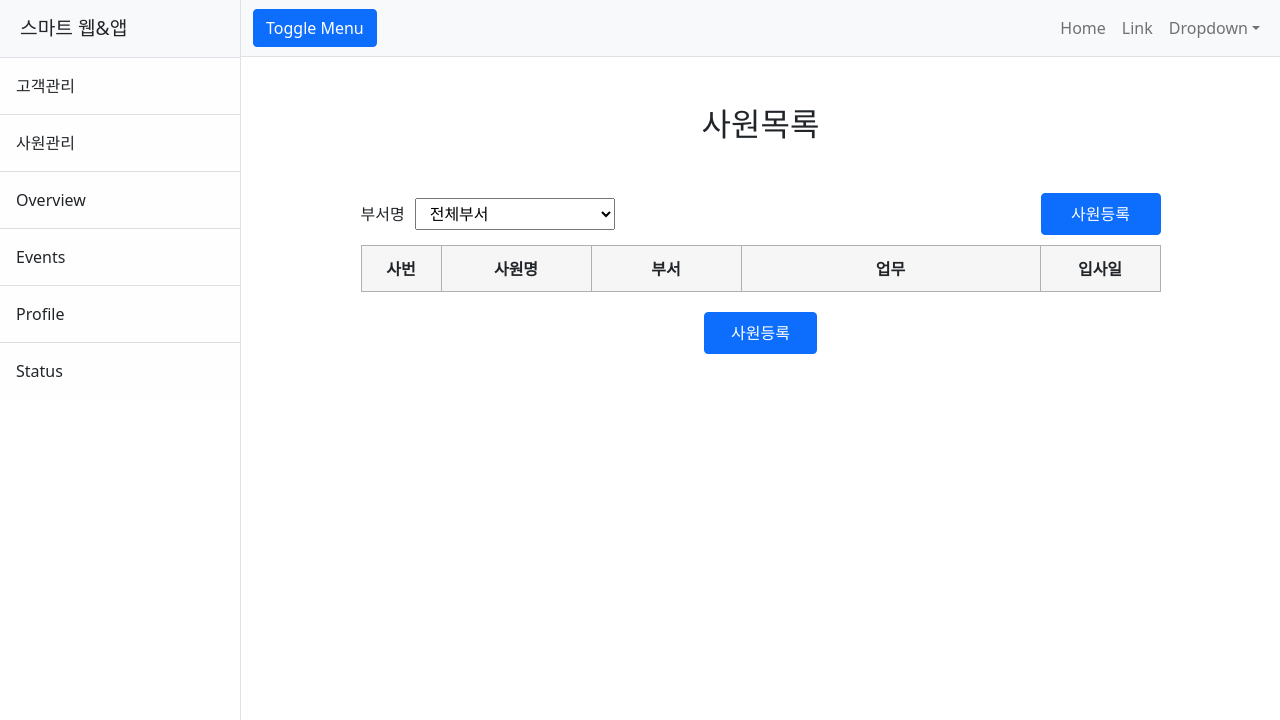
Repository: iwonhee/Study_Servlet
Page: http://localhost/web/employee/list.jsp
These files come from the project's save history. The page is drawn as it stood at one moment and after the next save; the edit follows.
The browser window is 1280 px wide. The pictures show the whole page.
The page is served by Tomcat 9. The template is opened directly, without the code that normally fills it, so the values that code supplies are empty.

Above is the page before, as saved 2022-11-28 08:25:26.

After the next save:
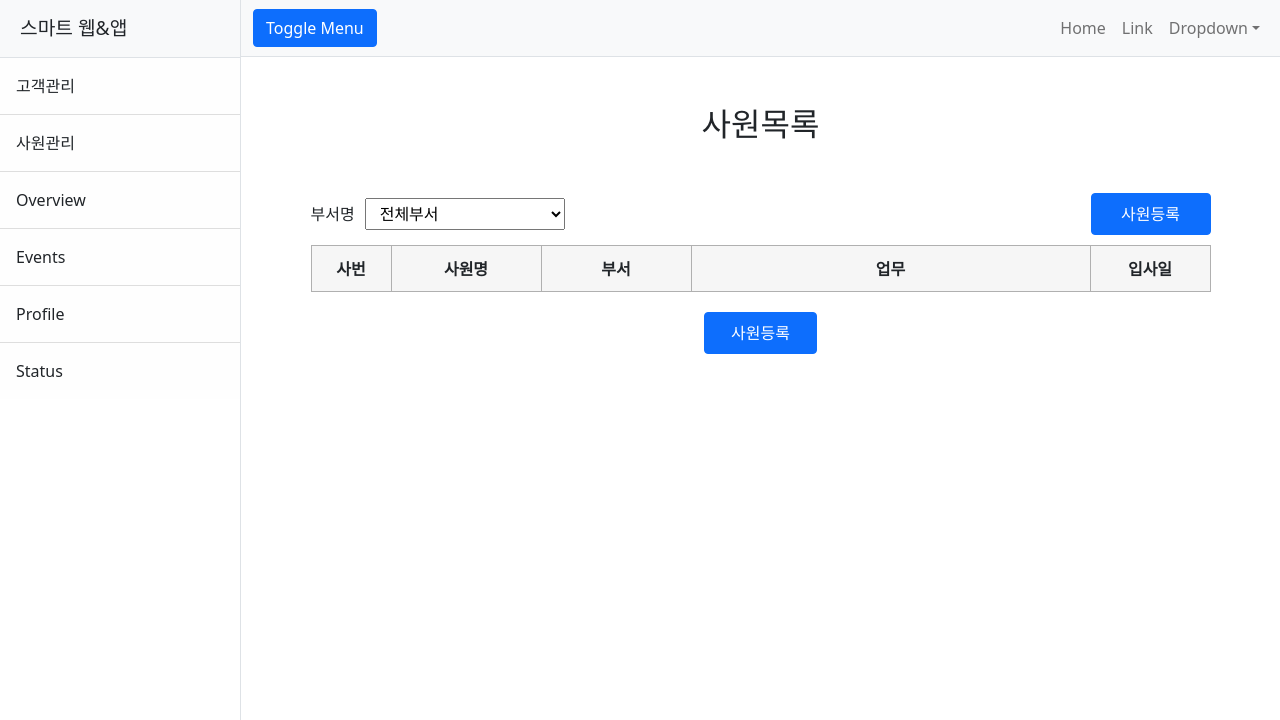
Saved 28 s later.
--- a/web/src/main/webapp/employee/list.jsp
+++ b/web/src/main/webapp/employee/list.jsp
@@ -21,7 +21,7 @@
     	<h2 class="mt-5">사원목록</h2>
 
     	<form method='post' action='list.hr'>
-    	<div class='list-flex w-px800' >
+    	<div class='list-flex w-px900' >
 	    	<div id='list-top'>
 	    		<ul>
 	    			<li>부서명</li>
@@ -41,7 +41,7 @@
 	    				onclick='location="insert.hr"'>사원등록</button>
 	    	</div>
 	    </div>
-    	<table class="w-px800">
+    	<table class="w-px900">
     	<colgroup>
     		<col width='80px'>
     		<col width='150px'>
